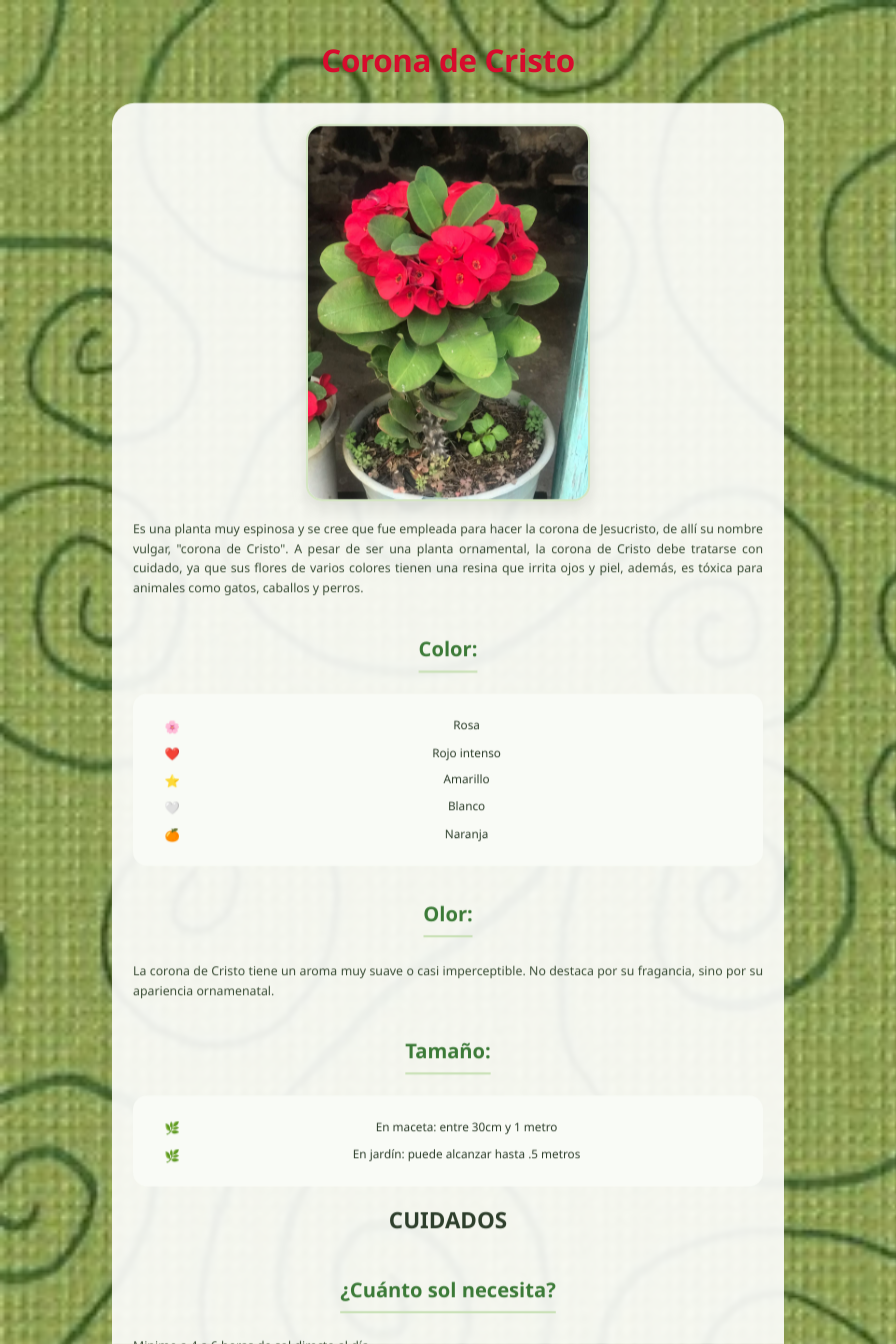
Repository: carrascokarencb37-afk/Nuura
Page: html/guiaPlant/planta2.html
The author's editor kept a copy of each file at every save. The page is drawn from the files as they stood at one save, then again after the next save.
The browser window is 1280 px wide. The pictures show the part of the page from y = 0 to 1920 px (the page is 3442 px tall before and 2870 px after), at 70% of full size.

Above is the page before, as saved 2026-05-22 23:17:25.

### html/guiaPlant/planta2.html
<!DOCTYPE html>
<html lang="en">
<head>
    <meta charset="UTF-8">
    <meta name="viewport" content="width=device-width, initial-scale=1.0">
    <title>Document</title>
    <link rel="stylesheet" href="../../css/guiasPlant.css">
</head>
<body>
    <h1 class="titulo">Corona de Cristo</h1>

    <div class="container">
        <img class="foto" src="../../img/plantas/coronita.jpg">
        <p>Es una planta muy espinosa y se cree que fue empleada para hacer
            la corona de Jesucristo, de allí su nombre vulgar, "corona de Cristo".
            A pesar de ser una planta ornamental, la corona de Cristo debe tratarse
            con cuidado, ya que sus flores de varios colores tienen una resina que
            irrita ojos y piel, además, es tóxica para animales como gatos, caballos y
            perros.</p><br><br>

        <h2>Color:</h2>
        <ul>
            <li>Rosa</li>
            <li>Rojo intenso</li>
            <li>Amarillo</li>
            <li>Blanco</li>
            <li>Naranja</li>
        </ul>
        <br><br>

        <h2>Olor:</h2>
        <p>La corona de Cristo tiene un aroma muy suave o casi imperceptible. No
            destaca por su fragancia, sino por su apariencia ornamenatal.</p>
        <br><br>

        <h2>Tamaño:</h2>
        <ul>
            <li>En maceta: entre 30cm y 1 metro</li>
            <li>En jardín: puede alcanzar hasta .5 metros</li>
        </ul>
        <br><br>

        <h1>CUIDADOS</h1>
        <h2> ¿Cuánto sol necesita?</h2>
        <p>Minimo a 4 a 6 horas de sol directo al día.</p>
        <p>Mientras más luz tenga, más flores producirá.</p>
        <br><br>

        <h2>Puede vivir en:</h2>
        <ul>
            <li>Patios</li>
            <li>Terrazas</li>
            <li>Jardines soleados</li>
            <li>Ventanas iluminadas</li>
        </ul>
        <br><br>

        <h2>¿Cuánta agua necesita?</h2>
        <p>Riego moderado, cada 1 o 2 veces a la semana en clima cálido.</p>
        <p>En invierno, reducir el riego a cada 10 o 15 dias.</p>

        <h2>IMPORTANTE!</h2>
        <p>No encharcar la tierra, porque sus raíces pueden pudrirse.</p>
        <br><br>

        <h2>Poda</h2>
        <p>Se recomienda podar la corona de Cristo después de la floración para mantener su forma y promover el crecimiento de nuevas ramas.</p>
        <p>Retirar hojas secas, flores marchitas y ramas dañadas</p>
        <br><br>

        <h2>Dato interesnte</h2>
        <p>La corona de Cristo es originaria de México y América Central, pero se ha cultivado en todo el mundo como planta ornamental debido a su belleza y facilidad de cuidado.</p>
        <p>Es muy popular porque florece casi todo el año, necesita poco mantenimiento, soporta calor intenso y es ideal para principiantes.</p>

        <h2>✨ literalmente una plantita superviviente del desierto con energía de: “yo puedo sola” 🌵👑</h2>

    </div>
</body>
</html>

### css/guiasPlant.css
/*Importar fuente chewy*/
@font-face {
    font-family: 'chewy';
    src: url(../fonts/Chewy-Regular.ttf) format('truetype');
    font-weight: normal;
    font-style: normal;
}
body {
    background-image: url(../img/fondo_medio.jpg);
    background-size: cover;
    margin: 0;
    justify-content: center;
    text-align: center;
    padding: 2rem;

        font-family: 'Segoe UI', Tahoma, Geneva, Verdana, sans-serif;
    color: #2d3e2b;
    line-height: 1.6;
    padding: 20px;
    min-height: 100vh;
}

/* Contenedor principal */
.container {
    max-width: 900px;
    margin: 0 auto;
    background: rgba(255, 255, 255, 0.9);
    border-radius: 32px;
    padding: 30px;
    box-shadow: 0 20px 40px rgba(0, 0, 0, 0.08);
    backdrop-filter: blur(2px);
}

/* Título principal */
.titulo {
    text-align: center;
    font-size: 2.8rem;
    color: #d70b2d;
    margin-bottom: 25px;
    font-weight: 600;
    letter-spacing: -0.5px;
    text-shadow: 2px 2px 8px rgba(0,0,0,0.05);
}

/* Imagen */
.foto {
    width: 100%;
    max-width: 400px;
    height: auto;
    border-radius: 24px;
    display: block;
    margin: 0 auto 25px auto;
    box-shadow: 0 10px 25px rgba(0, 0, 0, 0.1);
    transition: transform 0.3s ease;
    border: 3px solid #d4e6c3;
}

.foto:hover {
    transform: scale(1.02);
}

/* Párrafos */
p {
    font-size: 1.1rem;
    margin-bottom: 20px;
    text-align: justify;
    color: #3a4d36;
}

/* Subtítulos (h2) */
h2 {
    font-size: 1.8rem;
    color: #3b7a37;
    margin-top: 30px;
    margin-bottom: 15px;
    padding-bottom: 8px;
    border-bottom: 3px solid #c8e0b5;
    display: inline-block;
}

/* Listas */
ul {
    background: #f9fbf6;
    padding: 20px 20px 20px 45px;
    border-radius: 20px;
    margin: 15px 0;
    list-style-type: none;
}

ul li {
    margin: 12px 0;
    font-size: 1.05rem;
    position: relative;
    padding-left: 28px;
}

ul li::before {
    content: "🌿";
    position: absolute;
    left: 0;
    top: 0;
    font-size: 1.1rem;
}

/* Colores especiales para la lista de colores */
ul:first-of-type li:nth-child(1)::before { content: "🌸"; }
ul:first-of-type li:nth-child(2)::before { content: "❤️"; }
ul:first-of-type li:nth-child(3)::before { content: "⭐"; }
ul:first-of-type li:nth-child(4)::before { content: "🤍"; }
ul:first-of-type li:nth-child(5)::before { content: "🍊"; }

/* Separadores */
br {
    display: none;
}

/* Espaciado entre secciones */
.container section {
    margin-bottom: 20px;
}

/* Responsive */
@media (max-width: 600px) {
    body {
        padding: 10px;
    }

    .container {
        padding: 20px;
    }

    h1 {
        font-size: 2rem;
    }

    h2 {
        font-size: 1.5rem;
    }

    p, li {
        font-size: 1rem;
    }
}
img{
    width: 300px;
    height: auto;
    border-radius: 15px;
    margin-bottom: 1rem;
}

After the next save:
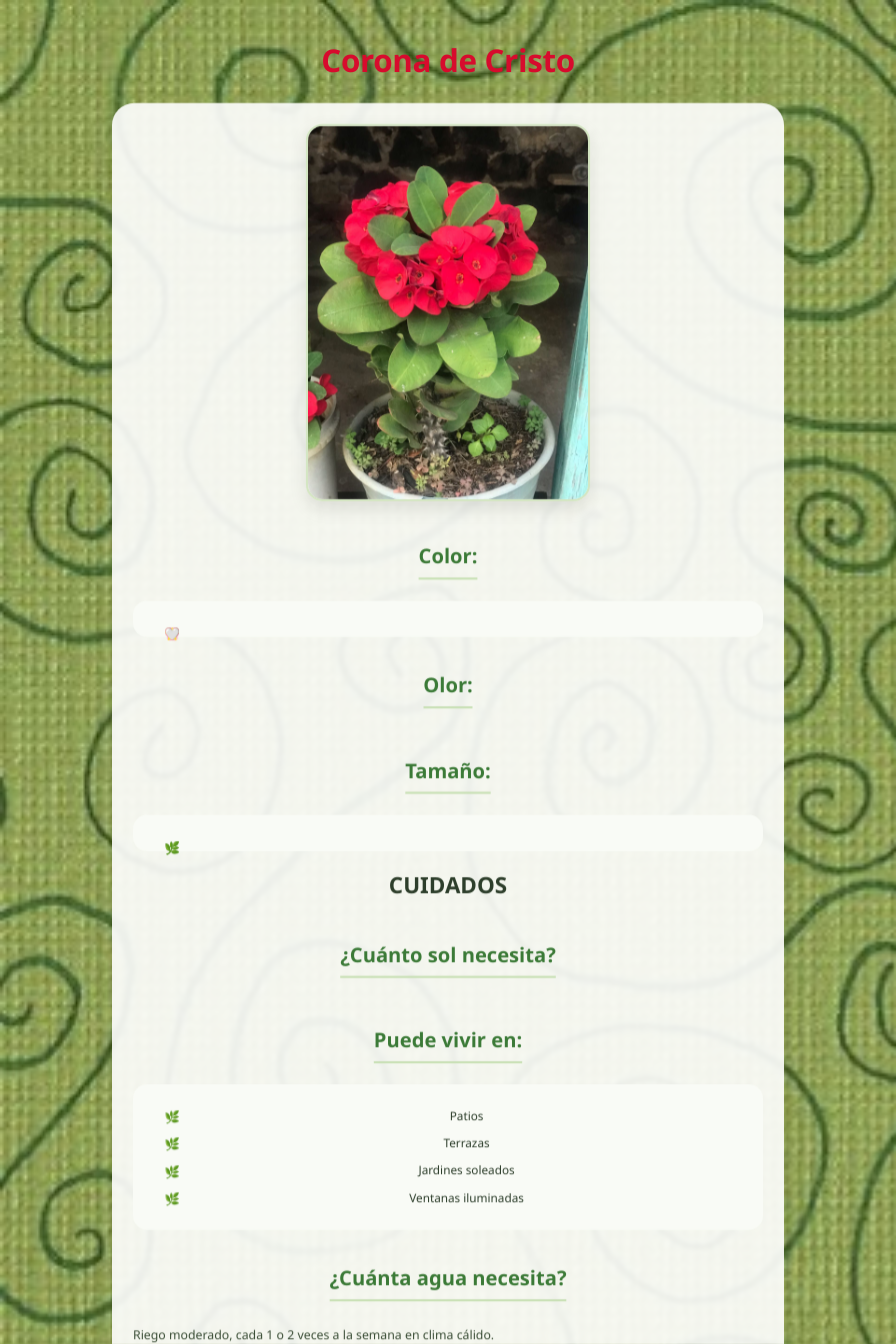
Saved 84 s later.
--- a/html/guiaPlant/planta2.html
+++ b/html/guiaPlant/planta2.html
@@ -11,39 +11,33 @@
 
     <div class="container">
         <img class="foto" src="../../img/plantas/coronita.jpg">
-        <p>Es una planta muy espinosa y se cree que fue empleada para hacer
-            la corona de Jesucristo, de allí su nombre vulgar, "corona de Cristo".
-            A pesar de ser una planta ornamental, la corona de Cristo debe tratarse
-            con cuidado, ya que sus flores de varios colores tienen una resina que
-            irrita ojos y piel, además, es tóxica para animales como gatos, caballos y
-            perros.</p><br><br>
+        <p></p><br><br>
 
         <h2>Color:</h2>
         <ul>
-            <li>Rosa</li>
-            <li>Rojo intenso</li>
-            <li>Amarillo</li>
-            <li>Blanco</li>
-            <li>Naranja</li>
+            <li></li>
+            <li></li>
+            <li></li>
+            <li></li>
+            <li</li>
         </ul>
         <br><br>
 
         <h2>Olor:</h2>
-        <p>La corona de Cristo tiene un aroma muy suave o casi imperceptible. No
-            destaca por su fragancia, sino por su apariencia ornamenatal.</p>
+        <p></p>
         <br><br>
 
         <h2>Tamaño:</h2>
         <ul>
-            <li>En maceta: entre 30cm y 1 metro</li>
-            <li>En jardín: puede alcanzar hasta .5 metros</li>
+            <li></li>
+            <li></li>
         </ul>
         <br><br>
 
         <h1>CUIDADOS</h1>
         <h2> ¿Cuánto sol necesita?</h2>
-        <p>Minimo a 4 a 6 horas de sol directo al día.</p>
-        <p>Mientras más luz tenga, más flores producirá.</p>
+        <p></p>
+        <p></p>
         <br><br>
 
         <h2>Puede vivir en:</h2>
